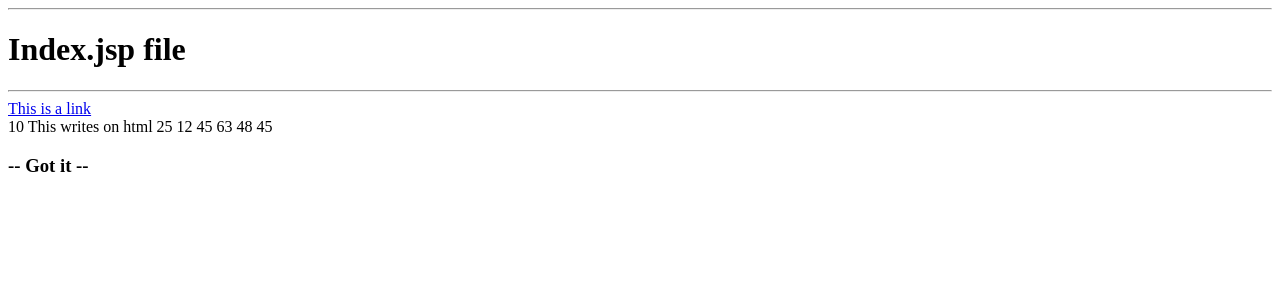
Repository: suraj-repositories/java-practice-2-advance-java-1
Page: http://localhost/Ad_09_JSPuse/
These files come from the project's save history. The page is drawn as it stood at one moment and after the next save; the edit follows.
The browser window is 1280 px wide. The pictures show the whole page.
The page is served by Tomcat 9. Other server files are loaded and not shown.

Above is the page before, as saved 2023-07-21 13:37:16.

### Ad_09_JSPuse/src/main/webapp/index.jsp
<%@ page language="java" contentType="text/html; charset=ISO-8859-1"
    pageEncoding="ISO-8859-1"%>
<!DOCTYPE html>
<html>
<head>
<meta charset="ISO-8859-1">
<title>Insert title here</title>
</head>
<body>
<hr>
<h1>Index.jsp file</h1>
<hr>
<a href="link">This is a link</a>
<br>

<div>
<!-- DECLARATION -->
<%!		// in instance level(class level)
	public int sayHello(int number){		// we can use this method anywhere in program because it is in class level
	 	return number*2;
	}

%>
<%= sayHello(5) %>


<!-- SCTIPT LIT -->
<%	// you can write java & html both in jsp file (inside method(method level))



	System.out.println("hello world");
	int i=90;
	int j=89;
	System.out.println("sum = " +(i+j));


	out.write("This writes on html");
%>

<%
	int arr[] = new int[]{25,12,45,63,48,45};

	for(int index : arr){%>
		<%= index %> 		<!--  initialize -->
	<%}


%>

</div>

<h3> -- Got it --</h3>
</body>
</html>

After the next save:
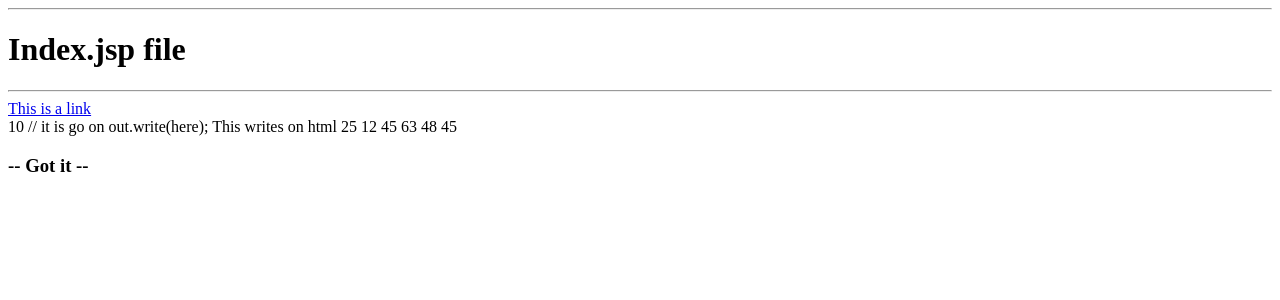
Saved 5 min 3 s later.
--- a/Ad_09_JSPuse/src/main/webapp/index.jsp
+++ b/Ad_09_JSPuse/src/main/webapp/index.jsp
@@ -21,7 +21,7 @@
 	}
 
 %>
-<%= sayHello(5) %>
+<%= sayHello(5) %>		// it is go on out.write(here);
 
 
 <!-- SCTIPT LIT -->
